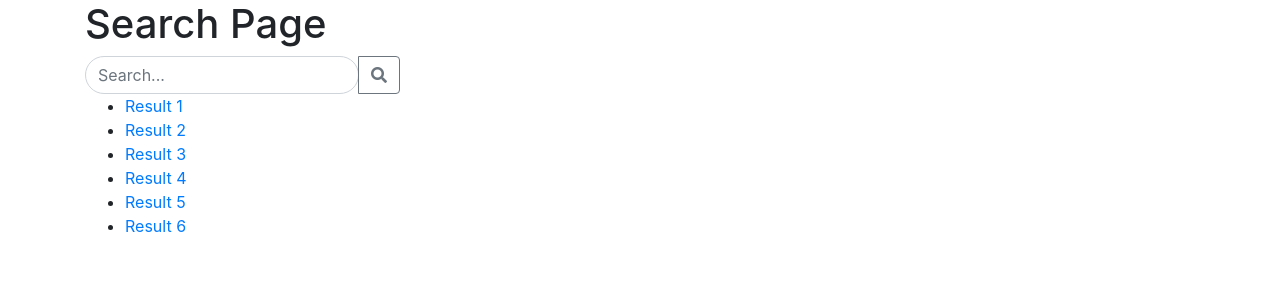
Repository: roistyx/ask-ChatGBT-travel-recommendations
Page: Backend/src/views/index.html
These files come from the project's save history. The page is drawn as it stood at one moment and after the next save; the edit follows.
The browser window is 1280 px wide. The pictures show the whole page.

Above is the page before, as saved 2023-03-19 11:44:43.

### Backend/src/views/index.html
<!DOCTYPE html>
<html lang="en">

<head>
    <meta charset="UTF-8">
    <meta name="viewport" content="width=device-width, initial-scale=1.0">
    <title>Bootstrap Search Page Example</title>
    <!-- Link to Bootstrap CSS -->
    <link rel="stylesheet" href="https://stackpath.bootstrapcdn.com/bootstrap/4.5.2/css/bootstrap.min.css">
    <!-- Link to Font Awesome CSS -->
    <link rel="stylesheet" href="https://cdnjs.cloudflare.com/ajax/libs/font-awesome/5.15.4/css/all.min.css">
</head>

<body>
    <div class="container">
        <h1>Search Page</h1>
        <form class="form-inline">
            <div class="input-group">
                <input type="text" class="form-control rounded-pill" placeholder="Search..." id="search-bar">
                <div class="input-group-append">
                    <button class="btn btn-outline-secondary" type="button">
                        <i class="fas fa-search"></i>
                    </button>
                </div>
            </div>
        </form>

        <ul id="search-results">
            <!-- Mock search results -->
            <li><a href="#">Result 1</a></li>
            <li><a href="#">Result 2</a></li>
            <li><a href="#">Result 3</a></li>
            <li><a href="#">Result 4</a></li>
            <li><a href="#">Result 5</a></li>
            <li><a href="#">Result 6</a></li>
        </ul>

    </div>
    <!-- Link to Bootstrap JS -->
    <script src="https://code.jquery.com/jquery-3.5.1.slim.min.js"></script>
    <script src="https://cdn.jsdelivr.net/npm/@popperjs/core@2.9.3/dist/umd/popper.min.js"
        integrity="sha256-HuVp5JZuJtB9V7AzvdhebdHgV7DWQmK0gPNmc43C0Fk=" crossorigin="anonymous"></script>
    <script src="https://stackpath.bootstrapcdn.com/bootstrap/4.5.2/js/bootstrap.min.js"></script>

    <script>

        const searchBar = document.getElementById('search-bar');
        const searchResults = document.getElementById('search-results');

        searchBar.addEventListener('keyup', (e) => {
            const searchString = e.target.value.toLowerCase();
            async function search(query) {
                console.log(query)
                // const response = await fetch('http://localhost:4000/free-search', {
                //     method: 'POST',
                //     headers: {
                //         'Content-Type': 'application/json'
                //     },
                //     body: JSON.stringify({
                //         query: 'test'
                //     })
                // });
            }
            search(query)



            // searchResults.innerHTML = '';
            // filteredResults.forEach((result) => {
            //     searchResults.appendChild(result);
            // });
        });
    </script>
</body>

</html>

After the next save:
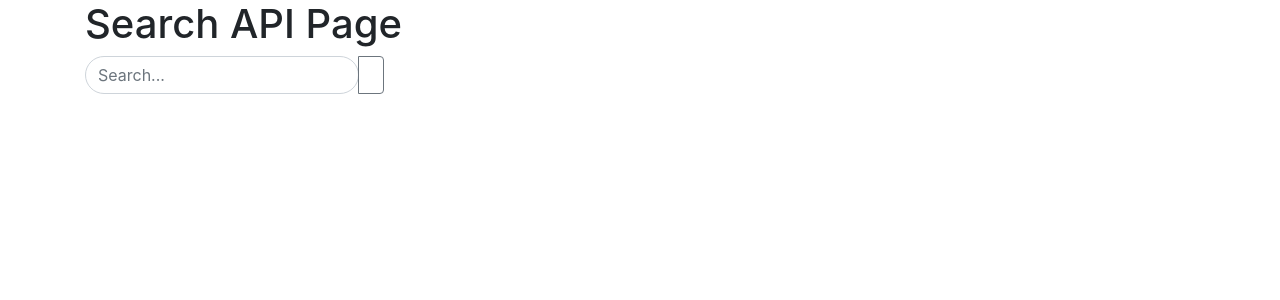
Saved 18 s later.
--- a/Backend/src/views/index.html
+++ b/Backend/src/views/index.html
@@ -4,16 +4,14 @@
 <head>
     <meta charset="UTF-8">
     <meta name="viewport" content="width=device-width, initial-scale=1.0">
-    <title>Bootstrap Search Page Example</title>
+    <title>Bootstrap Search API Page Example</title>
     <!-- Link to Bootstrap CSS -->
     <link rel="stylesheet" href="https://stackpath.bootstrapcdn.com/bootstrap/4.5.2/css/bootstrap.min.css">
-    <!-- Link to Font Awesome CSS -->
-    <link rel="stylesheet" href="https://cdnjs.cloudflare.com/ajax/libs/font-awesome/5.15.4/css/all.min.css">
 </head>
 
 <body>
     <div class="container">
-        <h1>Search Page</h1>
+        <h1>Search API Page</h1>
         <form class="form-inline">
             <div class="input-group">
                 <input type="text" class="form-control rounded-pill" placeholder="Search..." id="search-bar">
@@ -26,13 +24,7 @@
         </form>
 
         <ul id="search-results">
-            <!-- Mock search results -->
-            <li><a href="#">Result 1</a></li>
-            <li><a href="#">Result 2</a></li>
-            <li><a href="#">Result 3</a></li>
-            <li><a href="#">Result 4</a></li>
-            <li><a href="#">Result 5</a></li>
-            <li><a href="#">Result 6</a></li>
+            <!-- Search results will be added dynamically using JavaScript -->
         </ul>
 
     </div>
@@ -43,33 +35,34 @@
     <script src="https://stackpath.bootstrapcdn.com/bootstrap/4.5.2/js/bootstrap.min.js"></script>
 
     <script>
-
+        // Path: Backend/src/views/index.html
+        // Search bar
         const searchBar = document.getElementById('search-bar');
+        // Search results
         const searchResults = document.getElementById('search-results');
 
+        // Search bar event listener
         searchBar.addEventListener('keyup', (e) => {
-            const searchString = e.target.value.toLowerCase();
-            async function search(query) {
-                console.log(query)
-                // const response = await fetch('http://localhost:4000/free-search', {
-                //     method: 'POST',
-                //     headers: {
-                //         'Content-Type': 'application/json'
-                //     },
-                //     body: JSON.stringify({
-                //         query: 'test'
-                //     })
-                // });
-            }
-            search(query)
+            // Get search term
+            const searchTerm = e.target.value;
+            // Make request to server and get search results
+            getSearchResults(searchTerm);
+        });
 
+        // Get search results
+         async function getSearchResults(searchTerm) {
+            const url = `http://localhost:4000/free-search`;
 
-
-            // searchResults.innerHTML = '';
-            // filteredResults.forEach((result) => {
-            //     searchResults.appendChild(result);
-            // });
-        });
+            const response = await fetch(url, {
+                method: 'POST',
+                headers: {
+                    'Content-Type': 'application/json'
+                },
+                body: JSON.stringify({ searchTerm })
+            });
+            const data = await response.json();
+            console.log(data);
+        }
     </script>
 </body>
 
